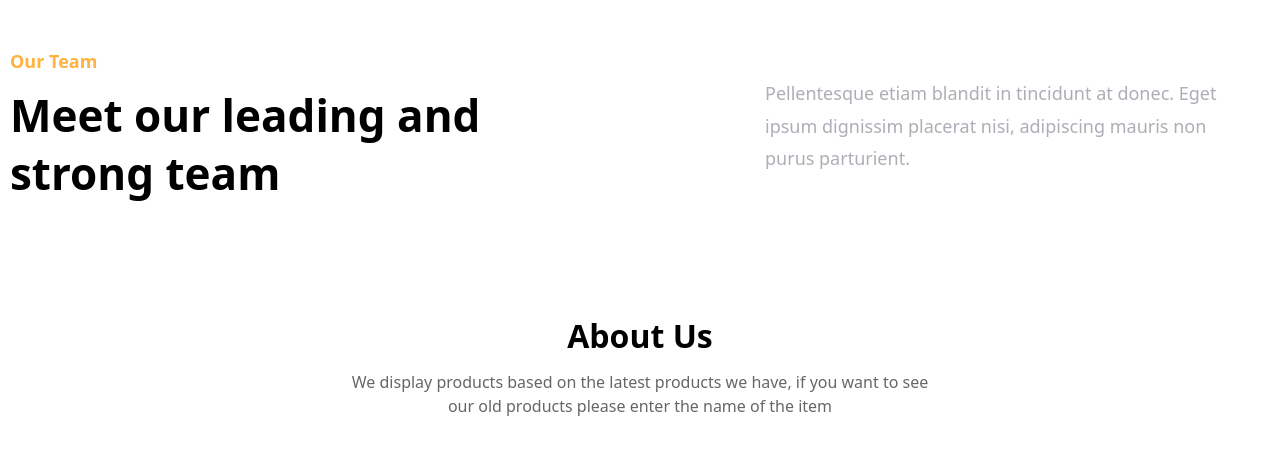
Repository: archis-academy/december-frontend-lalasia-2025
Page: /AboutUs
The author's editor kept a copy of each file at every save. The page is drawn from the files as they stood at one save, then again after the next save.
The browser window is 1280 px wide. The pictures show the part of the page from y = 0 to 472 px (the page is 1481 px tall).
Pictures or frames that could not be fetched are drawn as grey boxes. The page's requests for data from a server got no answer. Some web fonts or font styles are not loaded; a fallback is used. The project was rebuilt for these pictures with package versions that can differ from the ones it lists, and the page was loaded fresh each time. No one was signed in, and anything a server would have sent is missing. Also part of the build but not shown: vite.config.ts, src/components/welcome/benefits.scss, src/components/welcome/benefitsd.tsx, src/components/Article/Article.module.scss, src/components/Article/ArticleCard.module.scss, src/components/CustomButton/CustomButton.tsx, src/components/Arrow/Arrow.tsx, src/components/Article/ArticleCard.tsx and 19 more.

Above is the page before, as saved 2026-02-04 21:49:26.

After the next save:
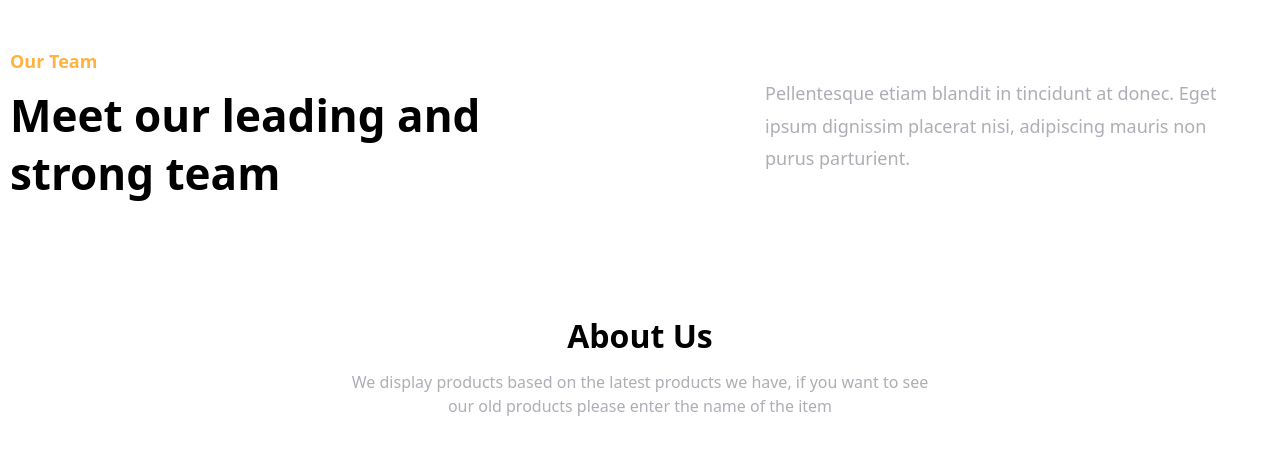
Saved 3 min 2 s later.
--- a/src/components/HeroSection/HeroSection.scss
+++ b/src/components/HeroSection/HeroSection.scss
@@ -8,7 +8,7 @@
   .about-header {
     margin-bottom: 40px;
     .title { font-size: 32px; font-weight: bold; margin-bottom: 10px; }
-    .description { color: #666; max-width: 600px; margin: 0 auto; line-height: 1.5; }
+    .description { color: #AFADB5; max-width: 600px; margin: 0 auto; line-height: 1.5; }
   }
 
   .video-wrapper {
